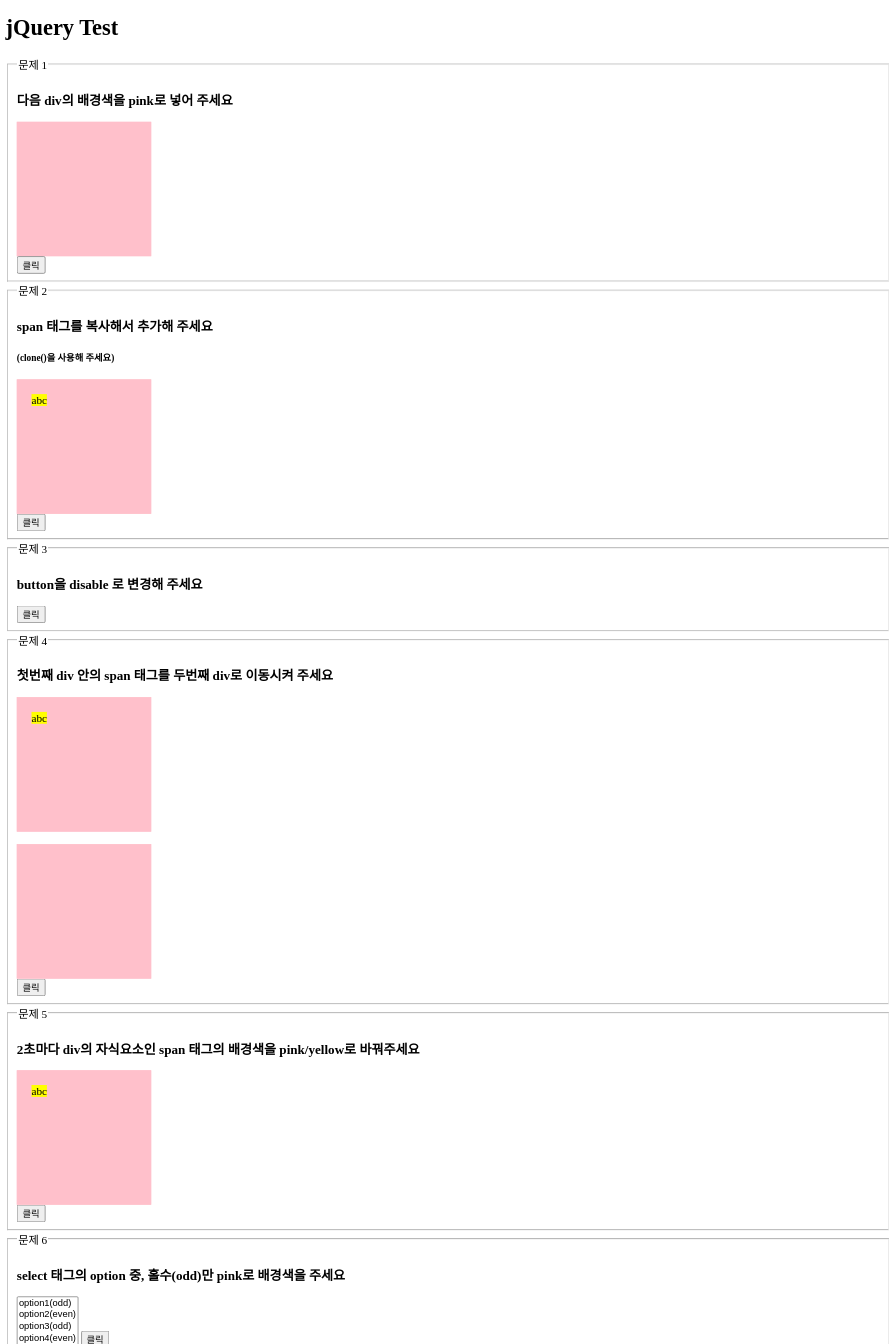
Repository: happyeon/Study_UI
Page: suyeon/WebContent/jqueryTest02.html
The author's editor kept a copy of each file at every save. The page is drawn from the files as they stood at one save, then again after the next save.
The browser window is 1280 px wide. The pictures show the part of the page from y = 0 to 1920 px (the page is 3082 px tall), at 70% of full size.
After loading, the first visible `button` was clicked once.
Some web libraries are served in a nearby version.

Above is the page before, as saved 2021-06-17 10:40:27.

### suyeon/WebContent/jqueryTest02.html
<!DOCTYPE html>
<html>
<head>
<meta charset="UTF-8">
<title>화이팅!</title>

<style type="text/css">

	.box{
		width: 150px;
		height: 150px;
		border: 1px solid pink;
		padding: 20px;
	}
	.bgSpan{
		width: 20px;
		height: 20px;
		background: yellow;
	}

	.bgBox{
		width: 30px;
		height: 20px;
		background: pink;
		margin:20px;
		float: left;
	}

	#cellTable{
		border-collapse: collapse;
	}
	#cellTable tr,#cellTable td{
		padding: 30px;
		text-align: center;
	}

</style>


<script type="text/javascript" src="https://code.jquery.com/jquery-3.2.1.min.js"></script>

<script type="text/javascript">

	function test01() {
		$(".box").css("background-color","pink");
	}

	function test02() {
		$(".bgSpan").clone().appendTo($(".box"));
	}

	function test03(){
		$("#but").prop("disabled", true);
	}

	function test04() {

	}

	function test05() {

	}

	function test06() {

	}

	function test07() {

	}

	function test08() {

	}

	function test09() {

	}

	function test10() {

	}

</script>

</head>
<body>

	<h1>jQuery Test</h1>

	<fieldset>
		<legend>문제 1</legend>
		<h3>다음 div의 배경색을 pink로 넣어 주세요</h3>
		<div class="box"></div>
		<button onclick="test01();">클릭</button>
	</fieldset>

	<fieldset>
		<legend>문제 2</legend>
		<h3>span 태그를 복사해서 추가해 주세요</h3>
		<h5>(clone()을 사용해 주세요)</h5>
		<div class="box">
			<span class="bgSpan">abc</span>
		</div>
		<button onclick="test02();">클릭</button>
	</fieldset>

	<fieldset>
		<legend>문제 3</legend>
		<h3>button을 disable 로 변경해 주세요 </h3>
		<button id="but" onclick="test03();">클릭</button>
	</fieldset>

	<fieldset>
		<legend>문제 4</legend>
		<h3>첫번째 div 안의 span 태그를 두번째 div로 이동시켜 주세요</h3>
		<div class="box">
			<span class="bgSpan">abc</span>
		</div><br/>
		<div class="box"></div>
		<button onclick="test04();">클릭</button>
	</fieldset>

	<fieldset>
		<legend>문제 5</legend>
		<h3>2초마다 div의 자식요소인 span 태그의 배경색을 pink/yellow로 바꿔주세요</h3>
		<div class="box">
			<span class="bgSpan">abc</span>
		</div>
		<button onclick="test05();">클릭</button>
	</fieldset>

	<fieldset>
		<legend>문제 6</legend>
		<h3>select 태그의 option 중, 홀수(odd)만 pink로 배경색을 주세요</h3>
		<select multiple="multiple">
			<option>option1(odd)</option>
			<option>option2(even)</option>
			<option>option3(odd)</option>
			<option>option4(even)</option>
		</select>
		<button onclick="test06();">클릭</button>
	</fieldset>

	<fieldset>
		<legend>문제 7</legend>
		<h3>input 태그의 값 1초 간격으로 1씩 증가시켜 주세요.</h3>
		<input type="text" value="0" size="6"/>
		<button onclick="test07();">클릭</button>
	</fieldset>

	<fieldset>
		<legend>문제 8</legend>
		<h3>다음 div의 자식 요소들을 모두 삭제해 주세요.</h3>
		<div class="box">
			<span>자식1</span><br/>
			<p>자식2</p>
			<p>
				<p>자손1</p>
			</p>
		</div>
		<button onclick="test08();">클릭</button>
	</fieldset>

	<fieldset>
		<legend>문제 9</legend>
		<h3>"bold" 라는 텍스트가 포함되어 있는 엘리먼트의 텍스트에 bold효과를 적용해주세요.</h3>
		<div class="box">
			<span>bold</span><br/>
			<span>strike</span><br/>
			<span>blink</span>
		</div>
		<br/>
		<button onclick="test09();">버튼</button>
	</fieldset>

	<fieldset>
		<legend>문제 10</legend>
		<h3>div 안의 "ABCDEF"를 "ABC"로 변경해 주세요.</h3>
		<div class="box">
			<span class="bgSpan">ABCDEF</span>
		</div>
		<br/>
		<button onclick="test010();">버튼</button>
	</fieldset>
</body>
</html>

After the next save:
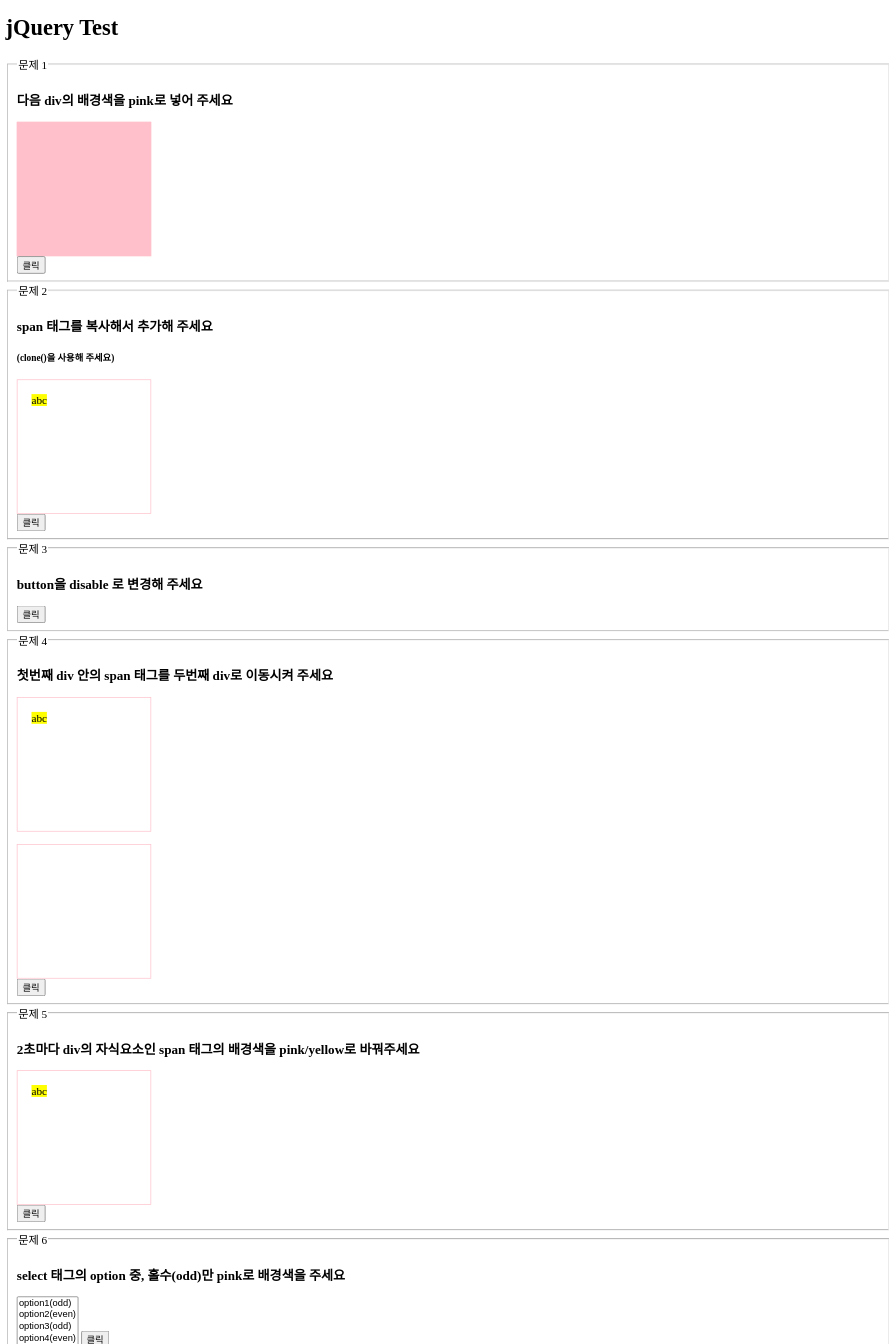
Saved 4 min 43 s later.
--- a/suyeon/WebContent/jqueryTest02.html
+++ b/suyeon/WebContent/jqueryTest02.html
@@ -42,7 +42,7 @@
 <script type="text/javascript">
 
 	function test01() {
-		$(".box").css("background-color","pink");
+		$(".box:eq(0)").css("background-color","pink");
 	}
 
 	function test02() {
